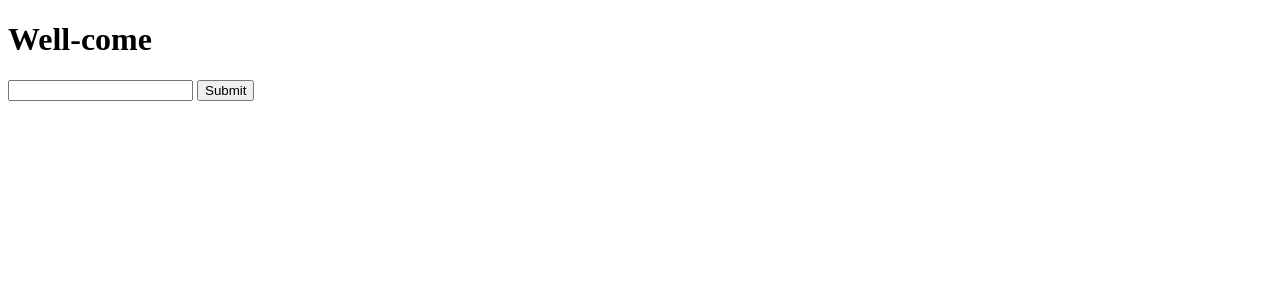
Repository: Yogesh12P/BridgeLabzJava
Page: http://localhost/listnerDemmo1/
The author's editor kept a copy of each file at every save. The page is drawn from the files as they stood at one save, then again after the next save.
The browser window is 1280 px wide. The pictures show the whole page.
The page is served by Tomcat 9. Other server files are loaded and not shown.

Above is the page before, as saved 2017-11-09 03:49:01.

### listnerDemmo1/WebContent/index.jsp
<%@ page language="java" contentType="text/html; charset=UTF-8"
    pageEncoding="UTF-8"%>
<!DOCTYPE html PUBLIC "-//W3C//DTD HTML 4.01 Transitional//EN" "http://www.w3.org/TR/html4/loose.dtd">
<html>
<head>
<meta http-equiv="Content-Type" content="text/html; charset=UTF-8">
<title>Insert title here</title>
</head>
<body>
	<h1>Well-come</h1>
	<form action="index" method="post">
		<input type="text">
		<input type="submit">
	</form>
</body>
</html>

After the next save:
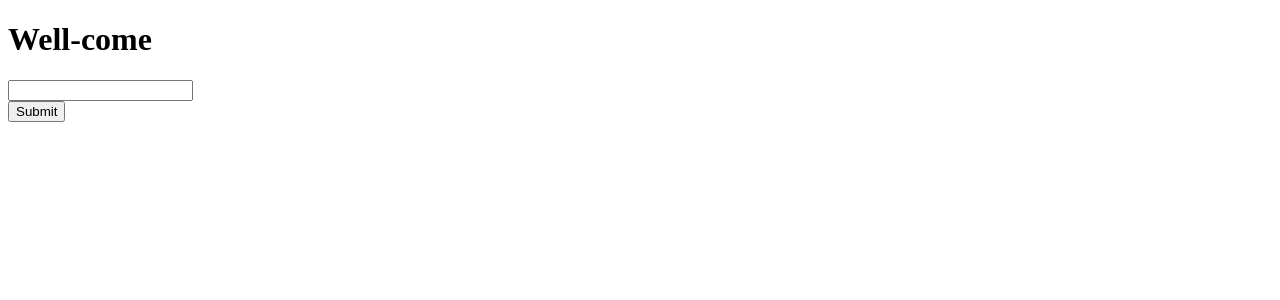
Saved 19 s later.
--- a/listnerDemmo1/WebContent/index.jsp
+++ b/listnerDemmo1/WebContent/index.jsp
@@ -9,7 +9,7 @@
 <body>
 	<h1>Well-come</h1>
 	<form action="index" method="post">
-		<input type="text">
+		<input type="text"><br>
 		<input type="submit">
 	</form>
 </body>
